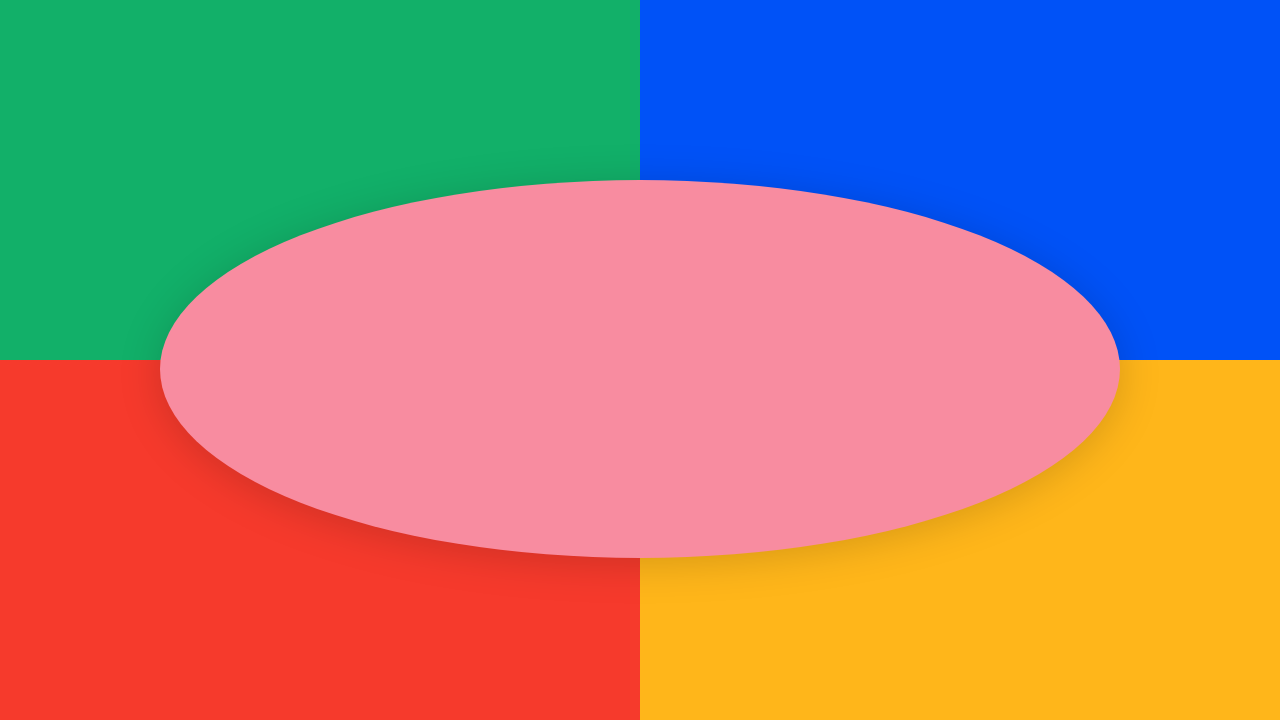
Repository: yafugray/fallacies
Page: project/Midterm project/index.html
An editor plug-in stored every save of this project. The page is shown before and after the next save, followed by the edit.
The browser window is 1280 px wide. The pictures show the whole page.

Above is the page before, as saved 2020-03-12 15:39:38.

### project/Midterm project/index.html
<!DOCTYPE html>
<html lang="en">
<head>
    <meta charset="UTF-8">
    <meta name="viewport" content="width=device-width, initial-scale=1.0">
    <title>Fallacies</title>
    <link href="app.css" rel="stylesheet">
</head>
<body>
    <div id="Mainpage">
        <div id="rec1"></div>
        <div id="rec2"></div>
        <div id="rec3"></div>
        <div id="rec4"></div>
        <div id="group1">
            <svg class="ellipse">
                <ellipse fill="rgba(248,140,160,1)" id="Ellipse_8" rx="75%" ry="75%" cx="50%" cy="75%">
                </ellipse>
            </svg>
            <div id="fallacies">
                <span>FALLACIES</span>
            </div>
        </div>
    </div>
</body>
</html>

### project/Midterm project/app.css
* {
    margin: 0;
    padding: 0;
    box-sizing: border-box;
    border: none;
}

#Mainpage {
    position: absolute;
    width: 100vw;
    height: 100vh;
    background-color: azure;
    overflow: hidden;
}
@keyframes fadein {

    0% {
        opacity: 0;
    }
    100% {
        opacity: 1;
    }

}

#rec1 {
	position: absolute;
	overflow: visible;
	width: 50vw;
	height: 50vh;
	left: 0px;
    top: 0px;
    background-color: rgba(18,176,105,1);
}
#rec4 {
	position: absolute;
	overflow: visible;
	width: 50vw;
	height: 50vh;
	left: 0px;
    bottom: 0px;
    background-color: rgba(246,58,44,1);
}
#rec2 {
	position: absolute;
	overflow: visible;
	width: 50vw;
	height: 50vh;
	right: 0px;
    top: 0px;
    background-color: rgba(0,82,247,1);
}
#rec3 {
	position: absolute;
	overflow: visible;
	width: 50vw;
	height: 50vh;
	right: 0px;
    bottom: 0px;
    background-color: rgba(255,182,26,1);
}

#group1 {
    position: relative;
	width: 70vw;
	/* height: 35vh; */
    left: 25%;
    right: 25%;
    top: 25%;
    bottom: 25%;
	overflow: visible;
	--web-animation: fadein 0.3s ease-out;
	--web-action-type: page;
	--web-action-target: custom___2.html;
	cursor: pointer;
}

.ellipse {
    filter: drop-shadow(0px 5px 20px rgba(0, 0, 0, 0.161));
	/* position: absolute; */
	overflow: visible;
	width: 50vw;
	height: 35vh;
    left: 0px;
    right:0px;
    top: 0px;
    bottom: 0px;
}

#fallacies {
    /* filter: drop-shadow(0px 5px 10px rgba(0, 0, 0, 0.161));
    font-family: TitlingGothicFB Narrow;
    font-style: normal;
    font-weight: bold;
    font-size: 10em;
    color: rgba(248,248,248,1);
    text-align: center;
	position: absolute;
    left: 50%;
    top: 50%;
    transform: translate( -50%, -50% );
} */

After the next save:
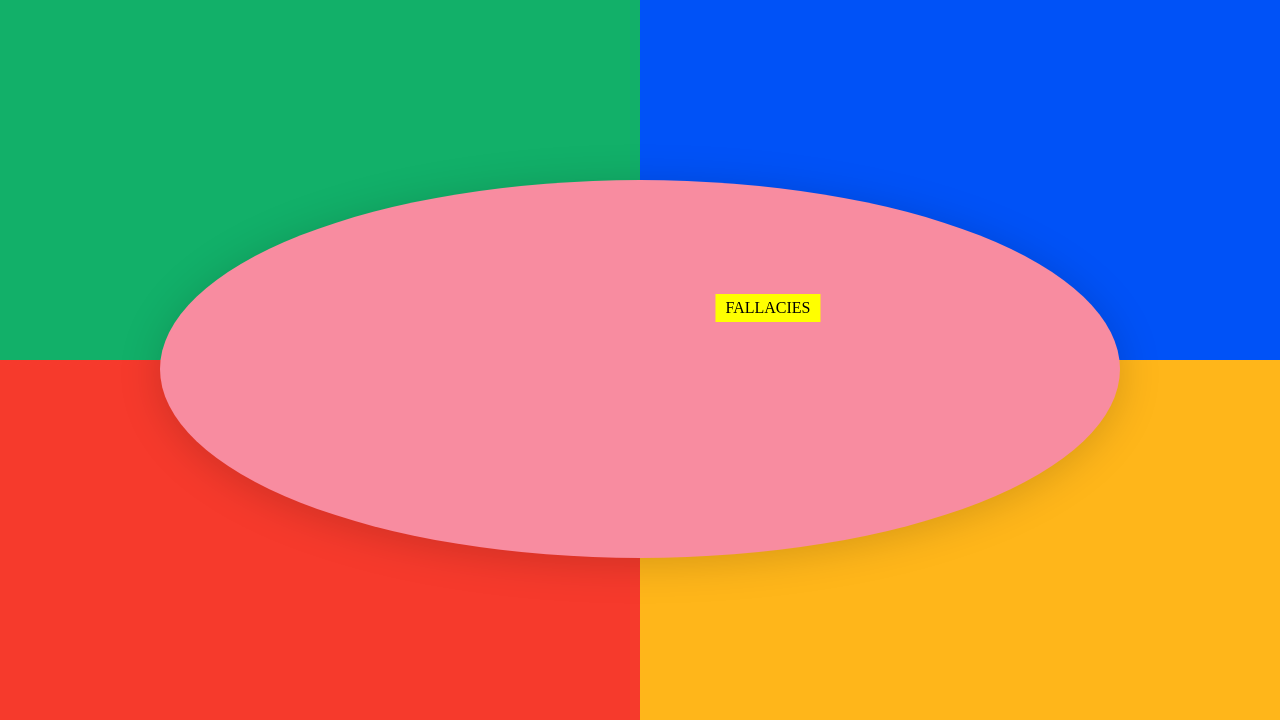
Saved 10 s later.
--- a/project/Midterm project/app.css
+++ b/project/Midterm project/app.css
@@ -98,5 +98,12 @@
 	position: absolute;
     left: 50%;
     top: 50%;
-    transform: translate( -50%, -50% );
-} */
+    transform: translate( -50%, -50% ); */
+    padding: 5px 10px;
+	background-color: yellow;
+	text-align: center;
+	position: absolute;
+	top: 50%;
+	left: 50%;
+	transform: translate( -50%, -50% );
+}
